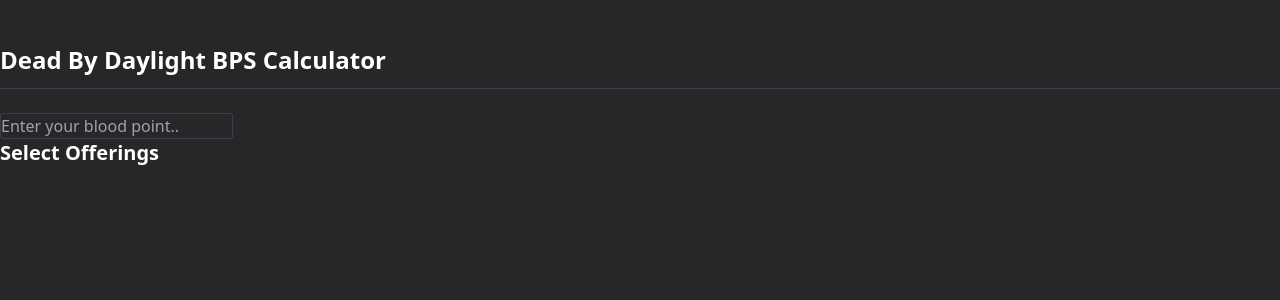
Repository: serhatgundogdu/Survivor-Bloodpoint-Calculator
Page: /
The author's editor kept a copy of each file at every save. The page is drawn from the files as they stood at one save, then again after the next save.
The browser window is 1280 px wide. The pictures show the whole page.
The project was rebuilt for these pictures with package versions that can differ from the ones it lists, and the page was loaded fresh each time. Also part of the build but not shown: vite.config.js.

Above is the page before, as saved 2023-06-13 14:48:25.

### src/App.jsx
function App() {
  return (
    <div className="container mx-auto mt-8">
      <header className="w-full border-b border-zinc-700 py-3 mb-6">
        <h1 className="text-2xl font-bold">Dead By Daylight BPS Calculator</h1>
      </header>

      <section>
        <input
          type="number"
          placeholder="Enter your blood point.."
          className="bg-transparent border border-zinc-700 rounded-sm "
        />
      </section>

      <section>
        <h2 className="text-xl font-bold">Select Offerings</h2>
      </section>
    </div>
  );
}

export default App;

### src/index.css
@tailwind base;
@tailwind components;
@tailwind utilities;

@layer components {
  body {
    @apply bg-zinc-800 text-white;
  }
}

Loaded but not shown: index.html (common file); src/main.jsx (common file); tailwind.config.js (common file)

After the next save:
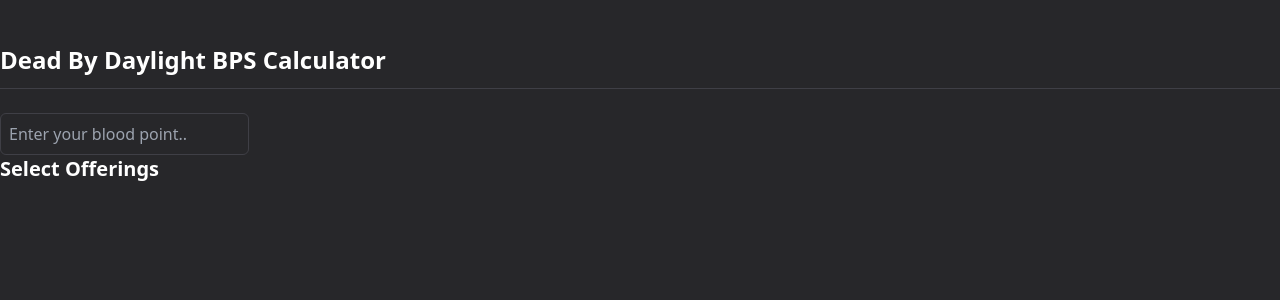
Saved 8 s later.
--- a/src/App.jsx
+++ b/src/App.jsx
@@ -9,7 +9,7 @@
         <input
           type="number"
           placeholder="Enter your blood point.."
-          className="bg-transparent border border-zinc-700 rounded-sm "
+          className="bg-transparent border border-zinc-700 rounded-md py-2 px-2"
         />
       </section>
 
